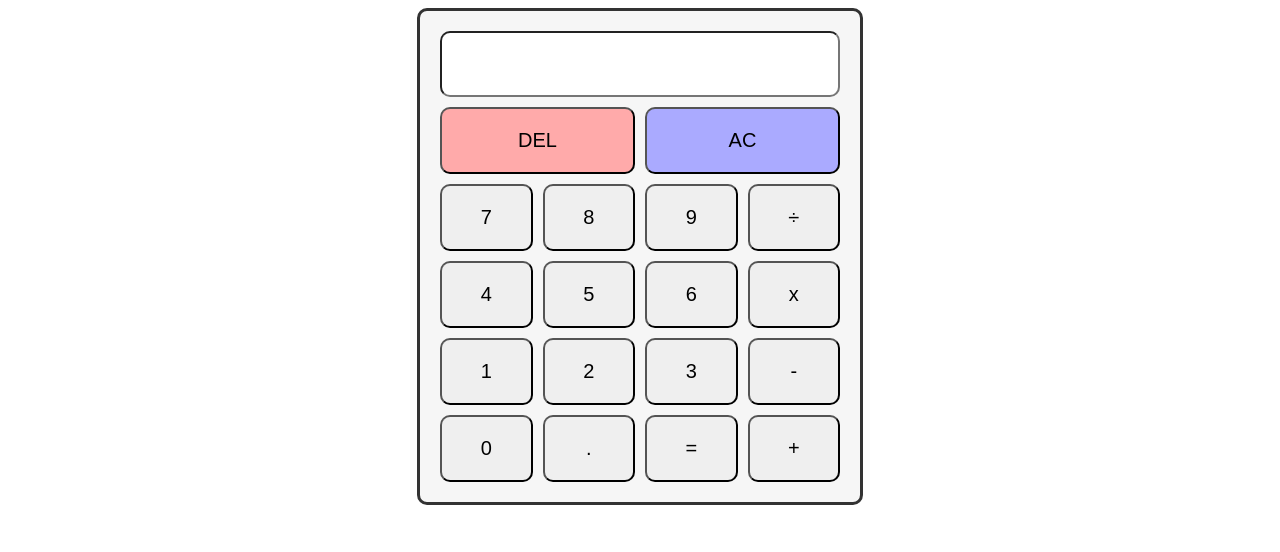
Repository: z1youRA/MyCalculator
Page: index.html
The author's editor kept a copy of each file at every save. The page is drawn from the files as they stood at one save, then again after the next save.
The browser window is 1280 px wide. The pictures show the whole page.

Above is the page before, as saved 2021-12-19 17:55:54.

After the next save:
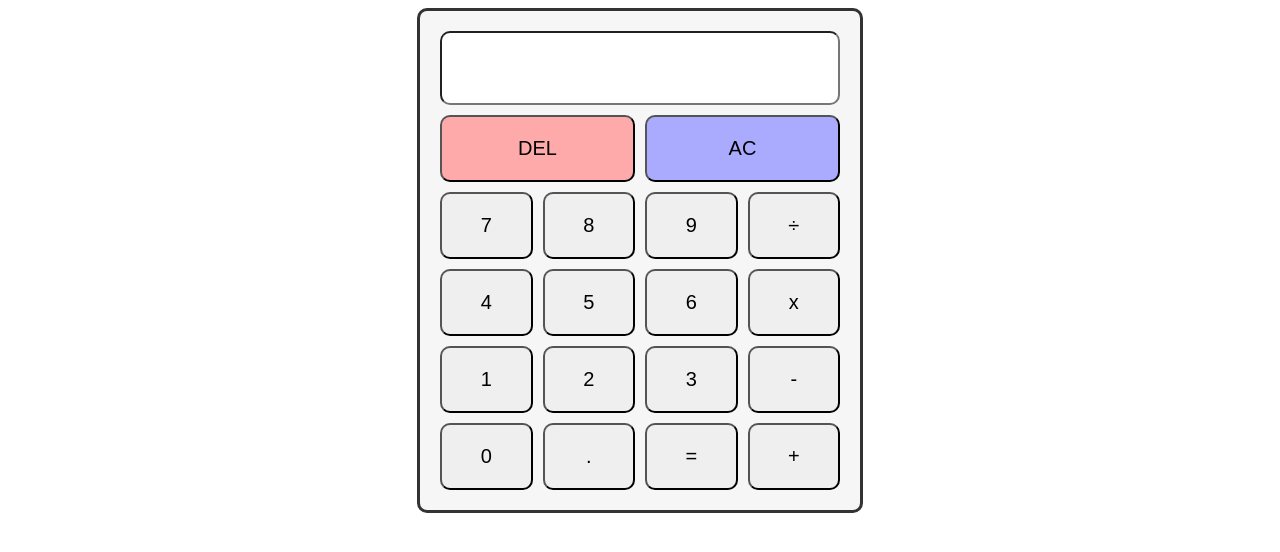
Saved 6 s later.
--- a/css/styles.css
+++ b/css/styles.css
@@ -35,7 +35,7 @@
 }
 
 input {
-    padding: 5px
+    padding: 5px;
     font-size: 30px;
     height: 60px;
     margin-bottom: 10px;

After the save that followed:
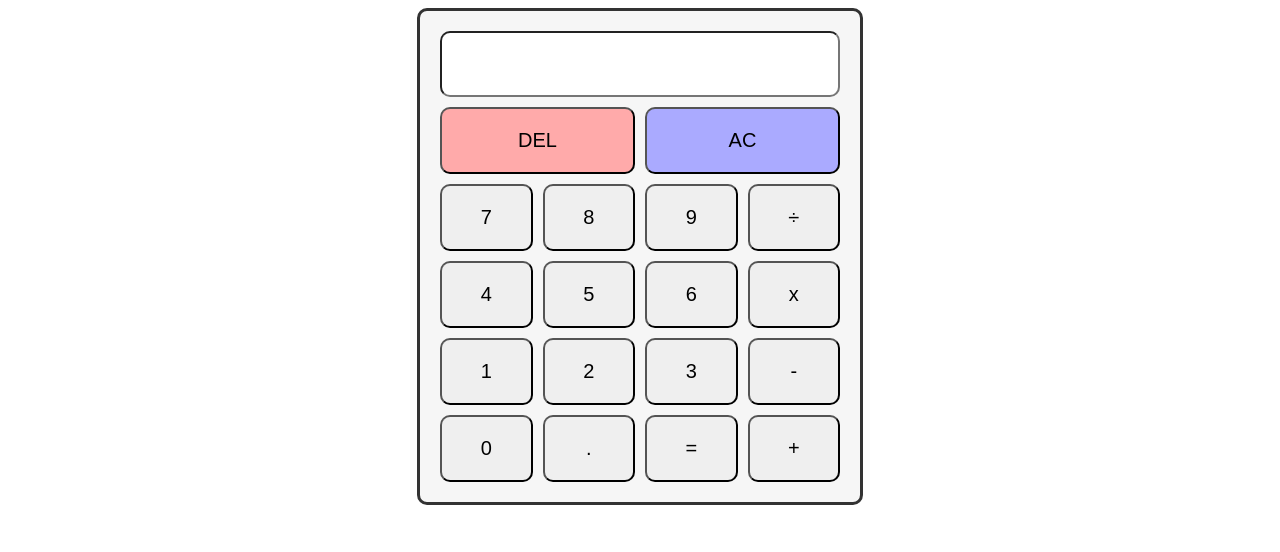
Saved 17 s later.
--- a/css/styles.css
+++ b/css/styles.css
@@ -35,7 +35,7 @@
 }
 
 input {
-    padding: 5px;
+    padding-left: 20px;
     font-size: 30px;
     height: 60px;
     margin-bottom: 10px;
